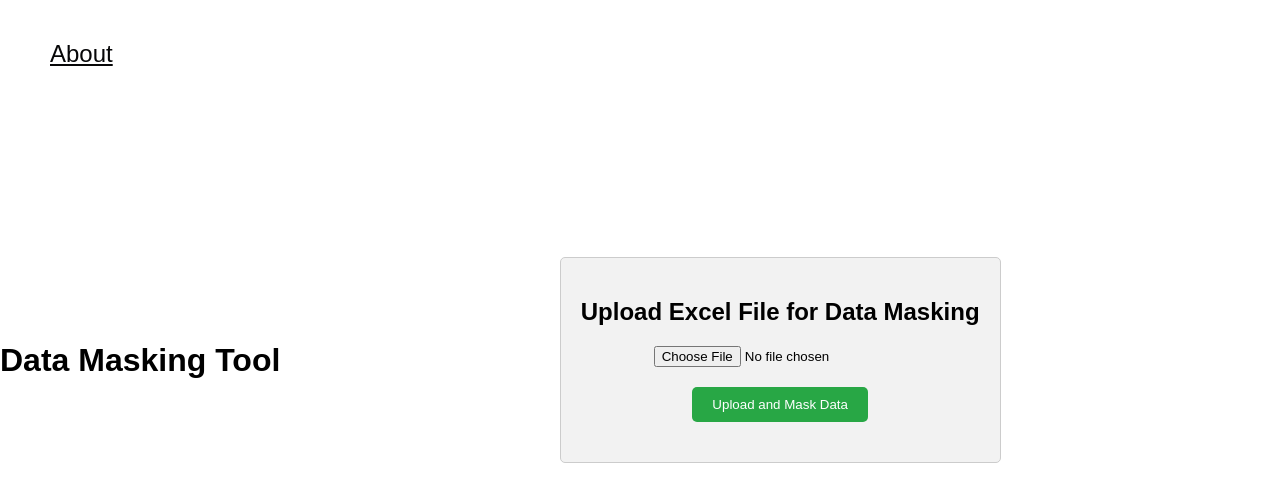
Repository: prithika12/DataMasking_Tool
Page: index.html
An editor plug-in stored every save of this project. The page is shown before and after a run of saves, followed by the edit.
The browser window is 1280 px wide. The pictures show the whole page.

Above is the page before, as saved 2024-07-09 11:47:45.

After the next 3 saves:
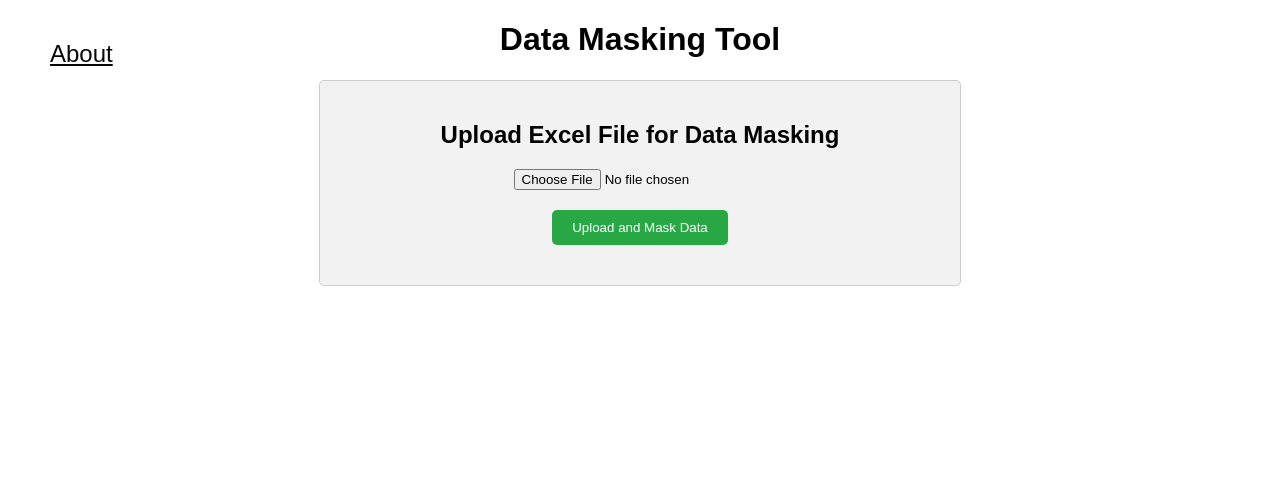
The 3 saves are shown as one change because they came seconds apart.
The last was saved 27 s later.
--- a/index.html
+++ b/index.html
@@ -7,10 +7,7 @@
             font-family: Arial, sans-serif;
             margin: 0;
             padding: 0;
-            display: flex;
             justify-content: center; /* Center horizontally */
-            align-items: center; /* Center vertically */
-            height: 100vh; /* Full viewport height */
         }
         .container {
             max-width: 600px;
